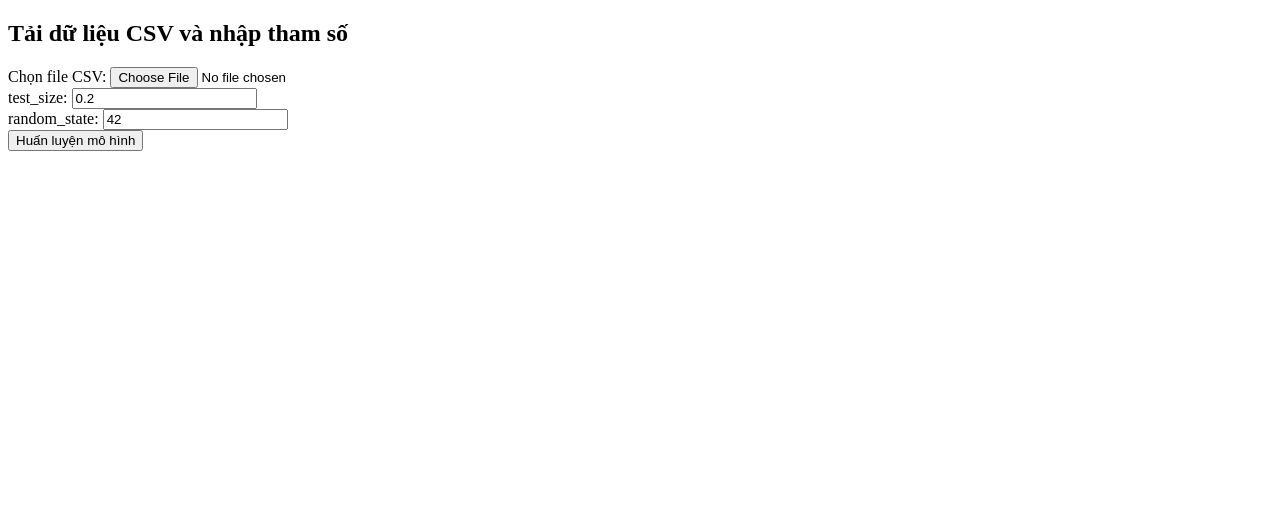
Repository: nguyenbathai1509/flask-stock-predictor
Page: http://localhost/
An editor plug-in stored every save of this project. The page is shown before and after the next save, followed by the edit.
The browser window is 1280 px wide. The pictures show the whole page.
The page is served by the project's application, run on Flask 3 (app.py).

Above is the page before, as saved 2025-06-06 03:43:23.

After the next save:
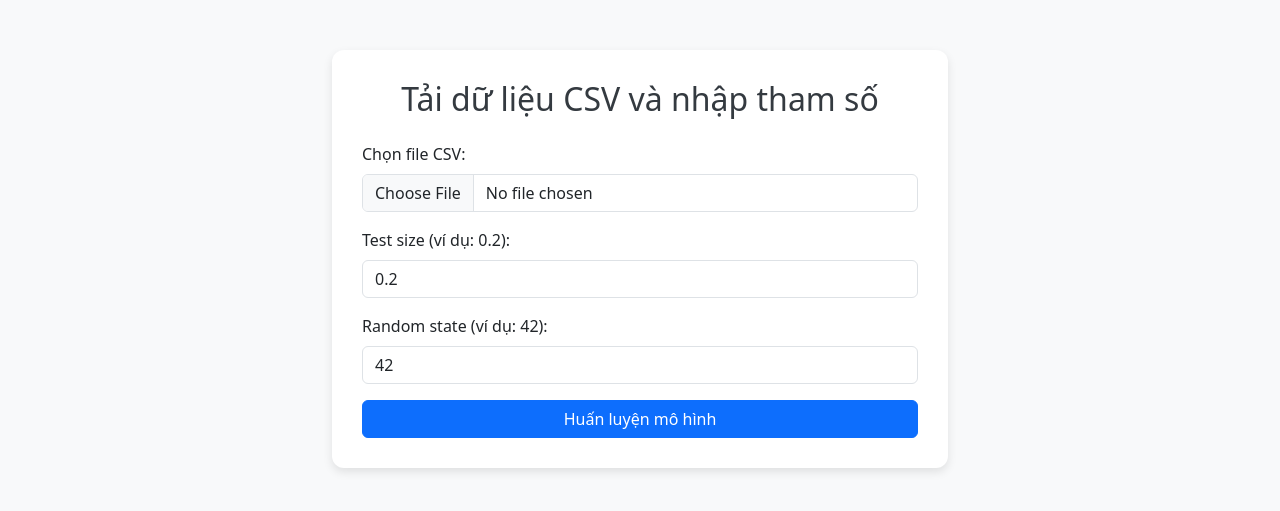
Saved 3 min 16 s later.
--- a/templates/index.html
+++ b/templates/index.html
@@ -1,17 +1,66 @@
+<!DOCTYPE html>
+<html lang="vi">
+<head>
+    <meta charset="UTF-8">
+    <title>Tải dữ liệu & Huấn luyện</title>
+    <!-- Bootstrap 5 CDN -->
+    <link href="https://cdn.jsdelivr.net/npm/bootstrap@5.3.0/dist/css/bootstrap.min.css" rel="stylesheet">
+    <!-- Tùy chỉnh CSS -->
+    <style>
+        body {
+            background-color: #f8f9fa;
+            padding-top: 50px;
+        }
+        .form-container {
+            background: #ffffff;
+            padding: 30px;
+            border-radius: 12px;
+            box-shadow: 0 4px 10px rgba(0,0,0,0.1);
+        }
+        h2 {
+            color: #343a40;
+        }
+    </style>
+</head>
+<body>
+    <div class="container col-md-6">
+        <div class="form-container">
+            <h2 class="text-center mb-4">Tải dữ liệu CSV và nhập tham số</h2>
+            <form method="POST" action="/train" enctype="multipart/form-data" onsubmit="return validateForm()">
+                <div class="mb-3">
+                    <label class="form-label">Chọn file CSV:</label>
+                    <input type="file" name="datafile" class="form-control" required>
+                </div>
+                <div class="mb-3">
+                    <label class="form-label">Test size (ví dụ: 0.2):</label>
+                    <input type="text" name="test_size" class="form-control" value="0.2" required>
+                </div>
+                <div class="mb-3">
+                    <label class="form-label">Random state (ví dụ: 42):</label>
+                    <input type="text" name="random_state" class="form-control" value="42" required>
+                </div>
+                <button type="submit" class="btn btn-primary w-100">Huấn luyện mô hình</button>
+            </form>
+        </div>
+    </div>
 
-<!DOCTYPE html>
-<html>
-<head><title>Tải dữ liệu & Huấn luyện</title></head>
-<body>
-    <h2>Tải dữ liệu CSV và nhập tham số</h2>
-    <form method="POST" action="/train" enctype="multipart/form-data">
-        <label>Chọn file CSV:</label>
-        <input type="file" name="datafile" required><br>
-        <label>test_size:</label>
-        <input type="text" name="test_size" value="0.2"><br>
-        <label>random_state:</label>
-        <input type="text" name="random_state" value="42"><br>
-        <button type="submit">Huấn luyện mô hình</button>
-    </form>
+    <!-- Bootstrap JS + Popper -->
+    <script src="https://cdn.jsdelivr.net/npm/bootstrap@5.3.0/dist/js/bootstrap.bundle.min.js"></script>
+    <!-- JS kiểm tra đơn giản -->
+    <script>
+        function validateForm() {
+            const testSize = document.querySelector('[name="test_size"]').value;
+            const rs = document.querySelector('[name="random_state"]').value;
+            if (isNaN(parseFloat(testSize)) || parseFloat(testSize) <= 0 || parseFloat(testSize) >= 1) {
+                alert("Giá trị test_size phải là số trong khoảng (0, 1).");
+                return false;
+            }
+            if (!/^\d+$/.test(rs)) {
+                alert("random_state phải là số nguyên.");
+                return false;
+            }
+            return true;
+        }
+    </script>
 </body>
 </html>
